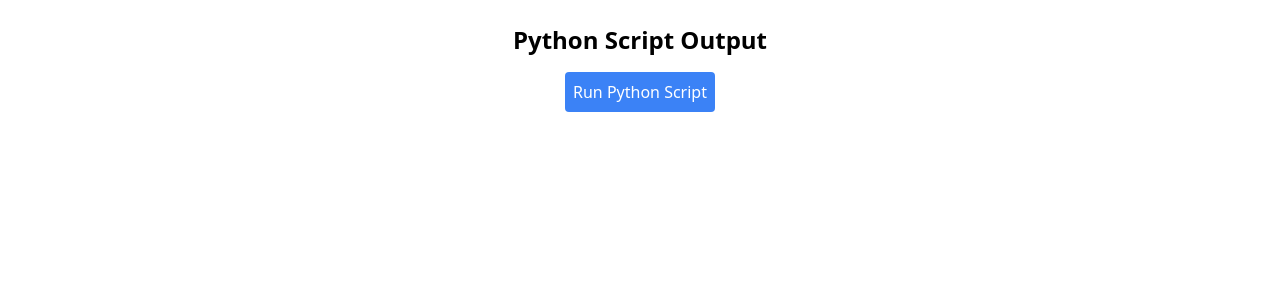
Repository: kayacancode/tolgrainger
Page: /result
These files come from the project's save history. The page is drawn as it stood at one moment and after the next save; the edit follows.
The browser window is 1280 px wide. The pictures show the whole page.
The project was rebuilt for these pictures with package versions that can differ from the ones it lists, and the page was loaded fresh each time. The framework's server and built-in components were replaced by stand-ins that run in the browser. Also part of the build but not shown: next.config.mjs.

Above is the page before, as saved 2024-10-23 22:54:02.

After the next save:
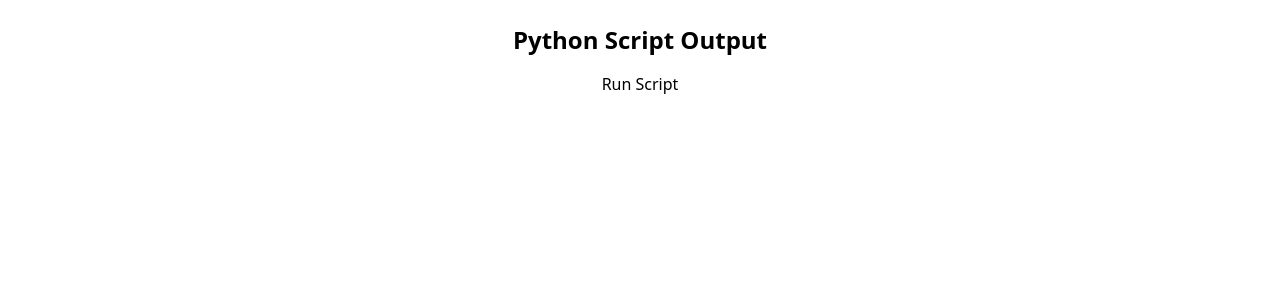
Saved 8 min 58 s later.
--- a/src/app/result/page.tsx
+++ b/src/app/result/page.tsx
@@ -1,53 +1,29 @@
 // Results.tsx
 "use client"
 import React, { useState } from 'react';
+import axios from 'axios';
 
 const Results = () => {
-  const [output, setOutput] = useState<string | null>(null);
-  const [error, setError] = useState<string | null>(null);
+  const [response, setResponse] = useState(null);
+  const [error, setError] = useState(null);
 
-  const fetchPythonOutput = async () => {
+  const handleRunScript = async () => {
     try {
-      const response = await fetch('http://127.0.0.1:8000/run-script/', {
-        method: 'POST',
-        headers: { 'Content-Type': 'application/json' },
-        body: JSON.stringify({ data: "Your input data here" }),
-      });
-
-      const result = await response.json();
-      if (result.error) {
-        setError(result.error);
-      } else {
-        setOutput(result.output);
-      }
+        const res = await axios.post('http://127.0.0.1:5000/run-script');
+        setResponse(res.data);  // Set the response from Flask
     } catch (err) {
-      setError('Failed to connect to backend');
+        setError(err.message);  // Handle errors
+        console.error("Error running script:", err);
     }
-  };
-
+};
   return (
     <div className="text-center p-6">
       <h1 className="text-2xl font-bold mb-4">Python Script Output</h1>
-      <button
-        onClick={fetchPythonOutput}
-        className="bg-blue-500 text-white p-2 rounded mb-4"
-      >
-        Run Python Script
-      </button>
-
-      {output && (
-        <div className="bg-gray-100 p-4 rounded shadow">
-          <h3 className="text-lg font-bold">Output:</h3>
-          <pre>{output}</pre>
+      <div>
+            <button onClick={handleRunScript}>Run Script</button>
+            {response && <div>Response: {JSON.stringify(response)}</div>}
+            {error && <div>Error: {error}</div>}
         </div>
-      )}
-
-      {error && (
-        <div className="bg-red-100 p-4 rounded shadow text-red-500">
-          <h3 className="text-lg font-bold">Error:</h3>
-          <pre>{error}</pre>
-        </div>
-      )}
     </div>
   );
 };
